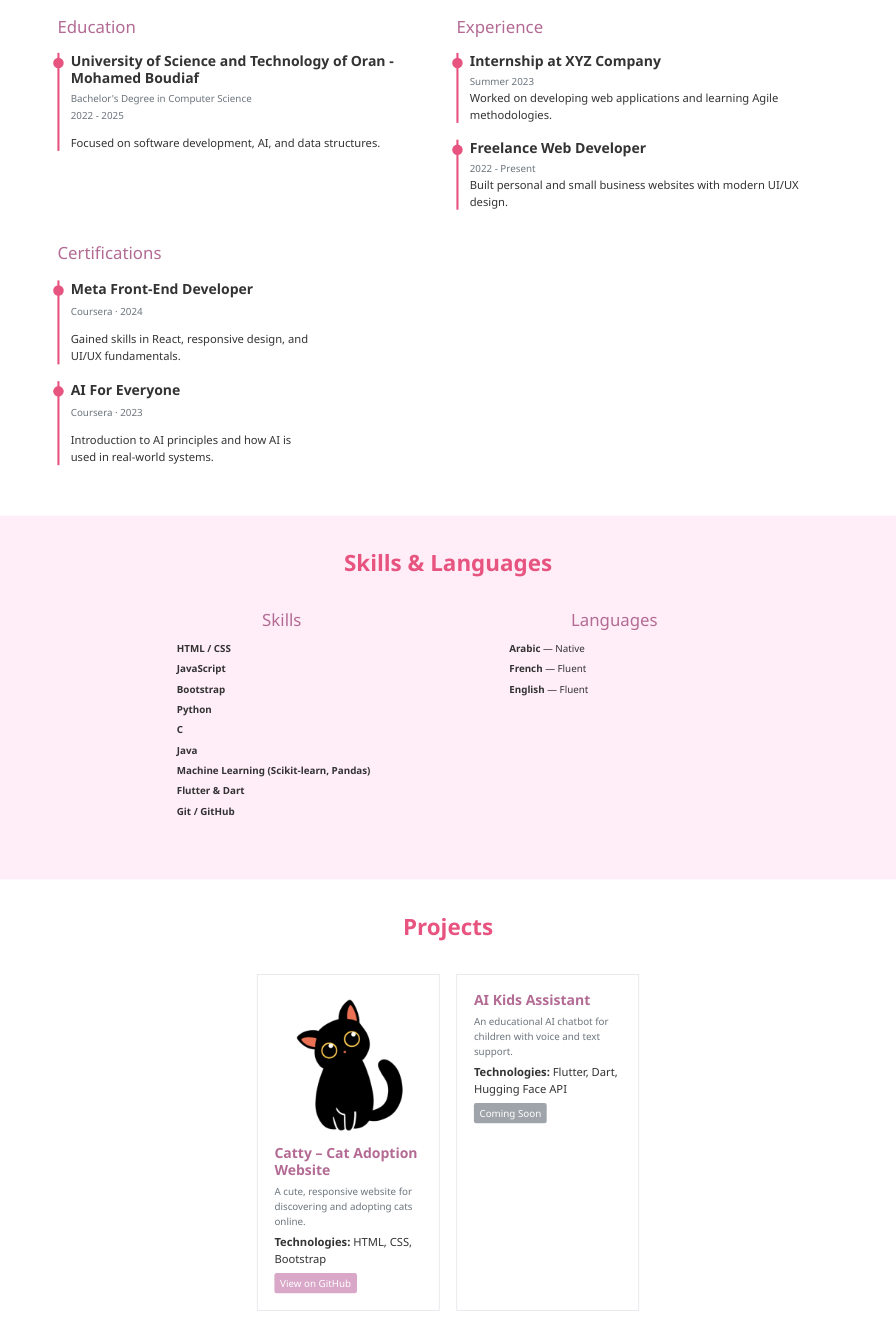
Repository: rihebtlh/portfolio
Page: new.html
The author's editor kept a copy of each file at every save. The page is drawn from the files as they stood at one save, then again after a run of saves.
The browser window is 1280 px wide. The pictures show the part of the page from y = 1382 to 3302 px (the page is 3302 px tall), at 70% of full size.

Above is the page before, as saved 2025-07-02 16:03:18.

After the next 3 saves:
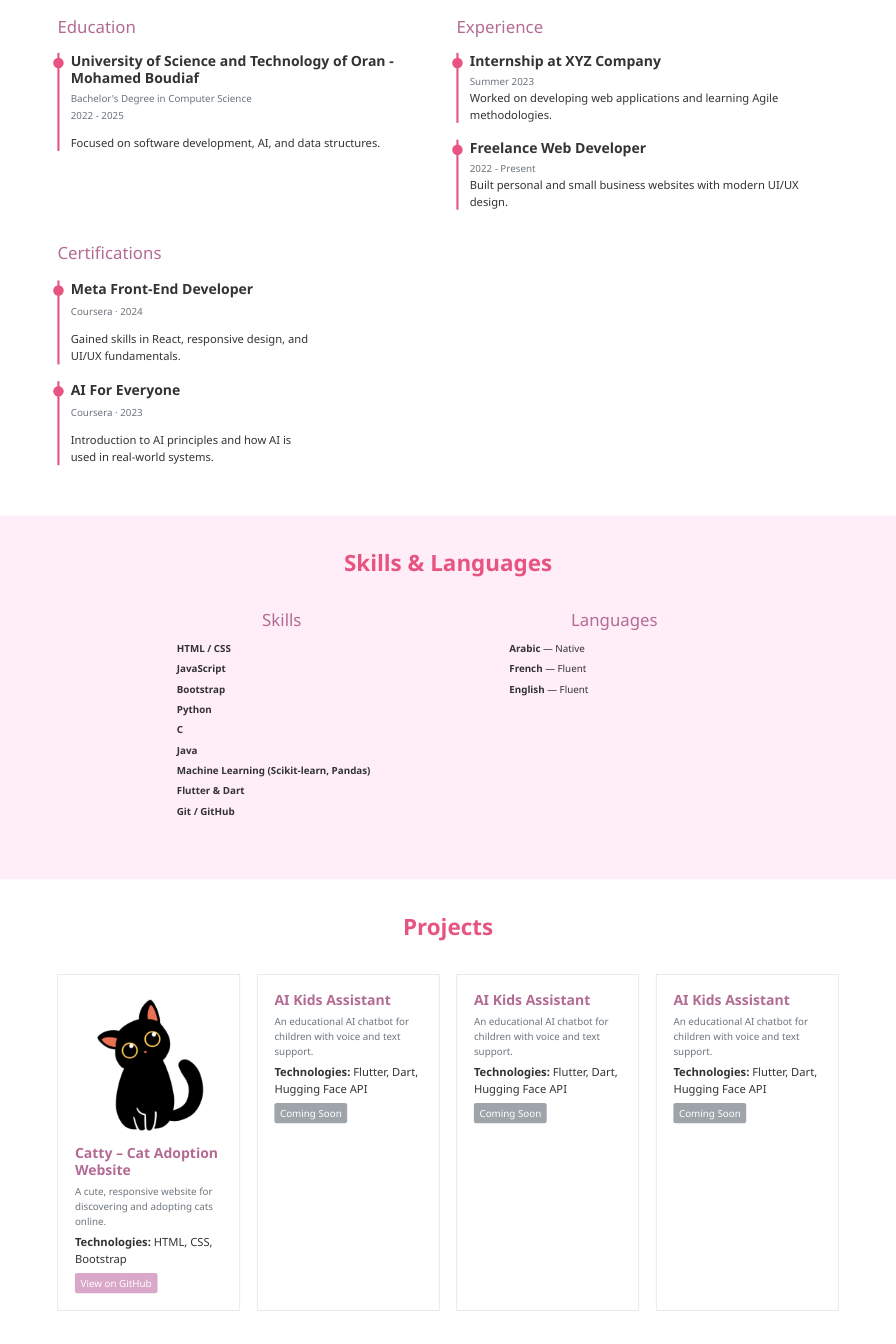
The 3 saves are shown as one change because they came seconds apart.
The last was saved 36 s later.
--- a/new.html
+++ b/new.html
@@ -285,6 +285,24 @@
               <a href="#" target="_blank" class="btn btn-sm btn-secondary disabled">Coming Soon</a>
             </div>
           </div>
+          <!-- Project 3 -->
+          <div class="col-md-3">
+            <div class="p-4 border rounded-4 h-100" style="border-color: #ffd6e8;">
+              <h5 class="fw-bold" style="color: #b36b94;">AI Kids Assistant</h5>
+              <p class="text-muted small mb-2">An educational AI chatbot for children with voice and text support.</p>
+              <p class="mb-2"><strong>Technologies:</strong> Flutter, Dart, Hugging Face API</p>
+              <a href="#" target="_blank" class="btn btn-sm btn-secondary disabled">Coming Soon</a>
+            </div>
+          </div>
+          <!-- Project 4 -->
+          <div class="col-md-3">
+            <div class="p-4 border rounded-4 h-100" style="border-color: #ffd6e8;">
+              <h5 class="fw-bold" style="color: #b36b94;">AI Kids Assistant</h5>
+              <p class="text-muted small mb-2">An educational AI chatbot for children with voice and text support.</p>
+              <p class="mb-2"><strong>Technologies:</strong> Flutter, Dart, Hugging Face API</p>
+              <a href="#" target="_blank" class="btn btn-sm btn-secondary disabled">Coming Soon</a>
+            </div>
+          </div>
 
           <!-- Add more projects here -->
 
